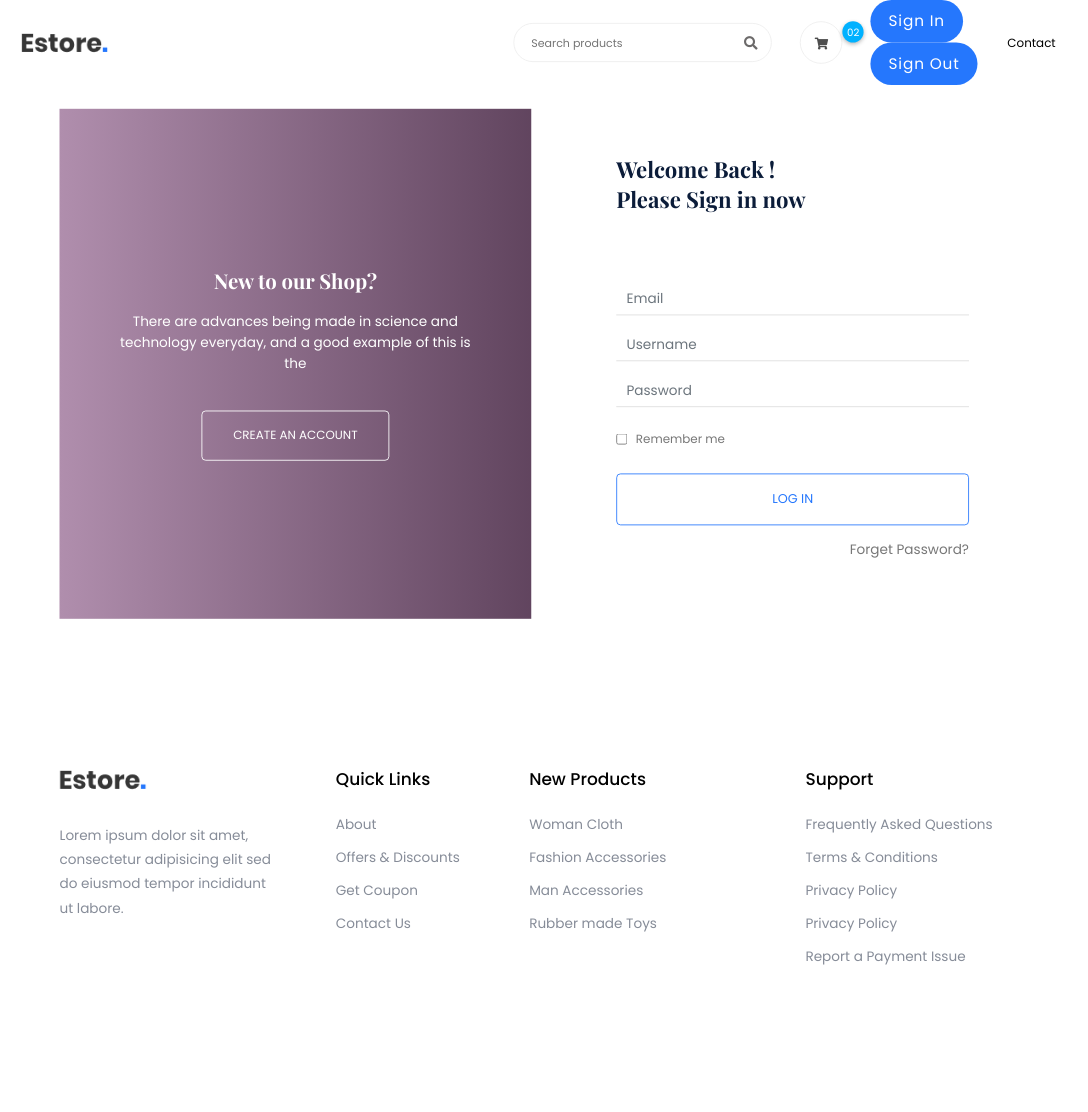
Repository: tuanloc782004/Estore-Bookshop-Website
Page: http://localhost/auth/login
The author's editor kept a copy of each file at every save. The page is drawn from the files as they stood at one save, then again after the next save.
The browser window is 1280 px wide. The pictures show the whole page, at 85% of full size.
Some web fonts or font styles are not loaded; a fallback is used. The page is this project's Thymeleaf template; nobody is signed in. The template is opened directly, without the code that normally fills it, so the values that code supplies are empty.

Above is the page before, as saved 2024-10-26 14:03:12.

After the next save:
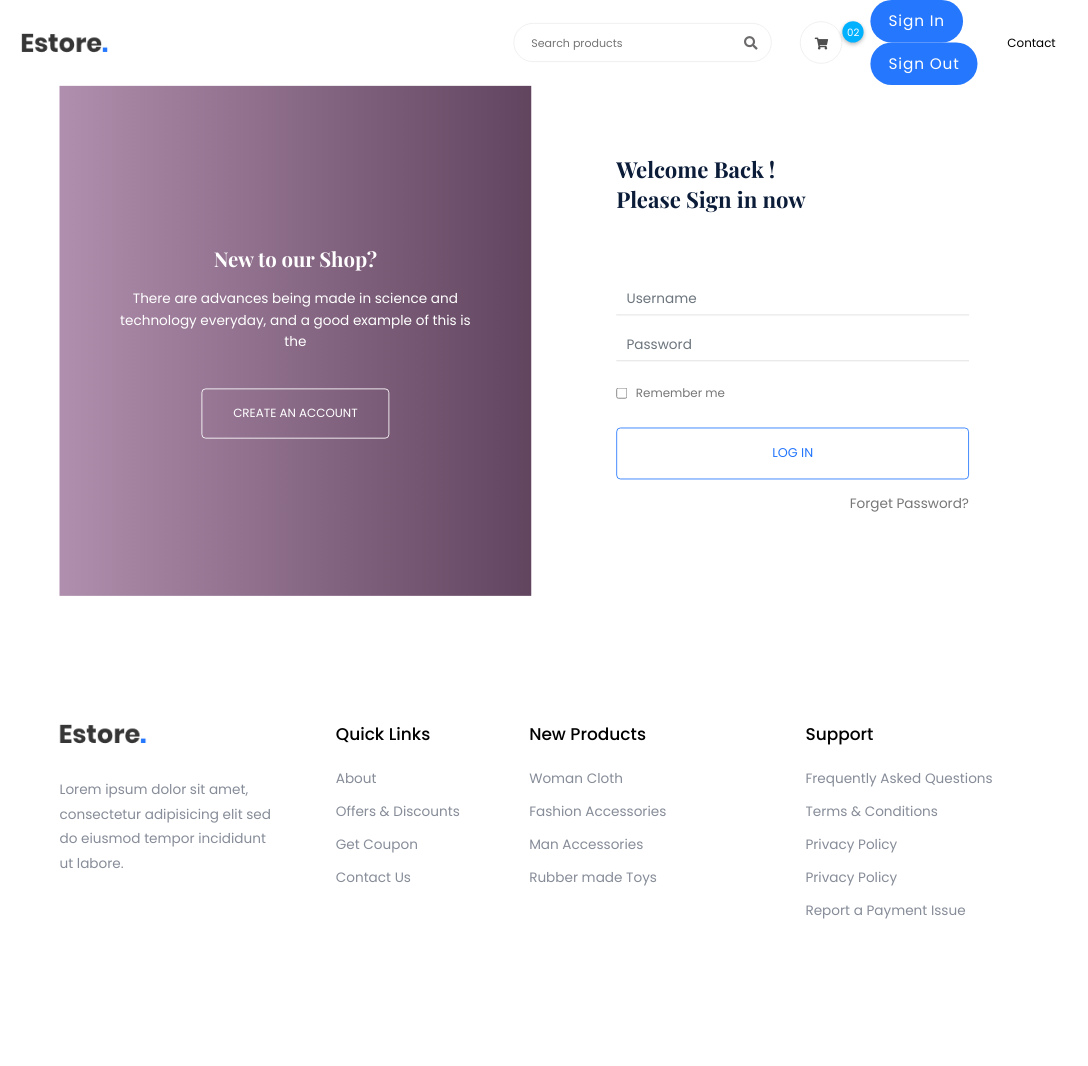
Saved 12 min 22 s later.
--- a/myscp/src/main/resources/templates/auth/login.html
+++ b/myscp/src/main/resources/templates/auth/login.html
@@ -36,10 +36,6 @@
 							<form class="row contact_form" th:action="@{/login}"
 								method="post" novalidate="novalidate">
 								<div class="col-md-12 form-group p_star">
-									<input type="email" class="form-control" id="email"
-										name="email" value="" placeholder="Email">
-								</div>
-								<div class="col-md-12 form-group p_star">
 									<input type="text" class="form-control" id="name"
 										name="username" value="" placeholder="Username">
 								</div>
